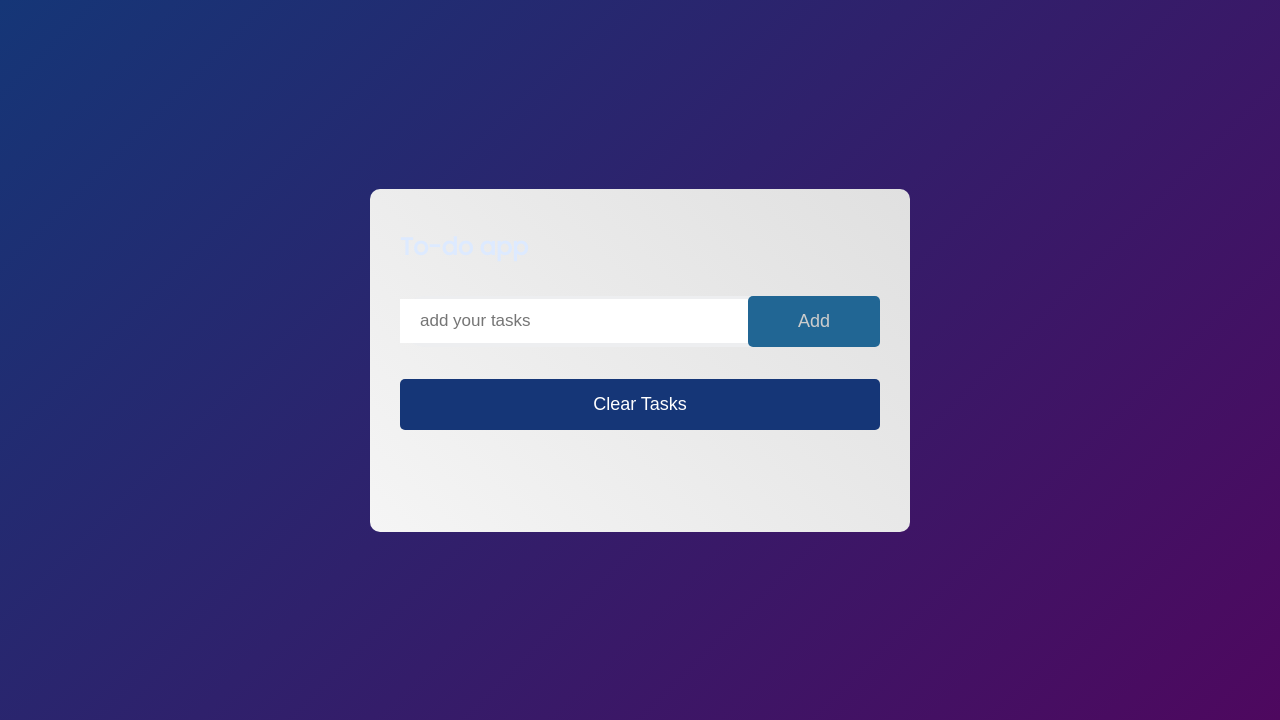
Repository: samoshi/To-do
Page: http://localhost/
The author's editor kept a copy of each file at every save. The page is drawn from the files as they stood at one save, then again after the next save.
The browser window is 1280 px wide. The pictures show the whole page.
The pointer rests on the first visible `button`.
The page is served by the project's application, run on Flask 3 (app/app.py). Queries for data that is not in the repository find no rows.

Above is the page before, as saved 2024-01-14 21:42:11.

### app/templates/index.html
<!DOCTYPE html>
<html lang="en">

<head>
    <meta charset="UTF-8">
    <meta name="viewport" content="width=device-width, initial-scale=1.0">
    <title>To-Do list</title>
    <link rel="stylesheet" href="{{ url_for('static', filename='style.css') }}" />
    <script src="https://code.jquery.com/jquery-3.6.4.min.js"></script>
    <script src="{{ url_for('static', filename='script.js') }}"></script>
</head>

<body>
    <div class="container">
        <div class="todo-app">
            <div class="app-title">
                <h2>To-do app</h2>
                <i class="fa-solid fa-book-bookmark"></i>
            </div>
            <form action="/add_task" method="post">
                <div class="row">
                    <input type="text" name="title" id="input-box" placeholder="add your tasks" required>
                    <button class="add_button">Add</button>
                </div>
            </form>
            <button class="clear_button" onclick="clearTasks()">Clear Tasks</button>
            <ul id="list-container">
                {% for task in task_list %}
                    {% if task.complete == False %}
                            <li class="incomplete" onclick="toggleChecked(this)">
                                <a href="/complete/{{ task.id }}">{{ task.title }}</a>
                            </li>
                    {% else %}
                            <li class="complete" onclick="toggleChecked(this)">
                                <a href="/complete/{{ task.id }}">{{ task.title }}</a>
                            </li>
                        <!-- <a class="remove-task" href="/remove/{{ task.id }}">X</a> -->
                    {% endif %}
                {% endfor %}
            </ul>

        </div>
    </div>
    <script src="{{ url_for('static', filename='script.js') }}"></script>
</body>

</html>

### app/app.py
from flask import Flask, render_template, request, redirect, url_for, jsonify
from flask_sqlalchemy import SQLAlchemy

app = Flask(__name__)

app.config['SQLALCHEMY_DATABASE_URI'] = 'sqlite:///db.sqlite'
app.config['SQLALCHEMY_TRACK_MODIFICATIONS'] = False
db = SQLAlchemy(app)

class Task(db.Model):
    id = db.Column(db.Integer, primary_key=True)
    title = db.Column(db.String(100))
    complete = db.Column(db.Boolean)

# def save_tasks():
#     with open("tasks.json", "w") as file:
#         json.dump(tasks, file)


# # Load tasks from a file
# def load_tasks():
#     try:
#         with open("tasks.json", "r") as file:
#             lines = file.readlines()
#             tasks = []
#             for line in lines:
#                 parts = line.split(":")
#                 if len(parts) == 2:
#                     description, completed_str = parts
#                     completed = eval(completed_str)
#                     tasks.append({"description": description, "completed": completed})
#             return tasks
#     except FileNotFoundError:
#         return []  # Return an empty list if the file doesn't exist
#     except json.decoder.JSONDecodeError:
#         return []  # Return an empty list if there's an issue decoding JSON

# # Initialize tasks
# tasks = load_tasks()

@app.route('/')
def index():
    task_list = Task.query.all()
    return render_template('index.html', task_list=task_list)

@app.route('/add_task', methods=['POST'])
def add_task():
    title = request.form.get("title")
    new_task = Task(title=title, complete=False)
    db.session.add(new_task)
    db.session.commit()
    return redirect(url_for("index"))

@app.route("/update/<int:task_id>")
def update_task(task_id):
    task = Task.query.filter_by(id=task_id).first()
    task.complete = not task.complete
    db.session.commit()
    return redirect(url_for("index"))

@app.route('/complete/<int:task_id>')
def complete_task(task_id):
    task = Task.query.filter_by(id=task_id).first()
    if task:
        task.complete = not task.complete
        db.session.commit()
    return redirect(url_for('index'))

@app.route('/remove/<int:task_id>')
def remove_task(task_id):
    print("Remove task ()")
    task = Task.query.filter_by(id=task_id).first()
    print("Getting task", task_id)
    db.session.delete(task)
    print("deleted task")
    db.session.commit()
    return redirect(url_for('index'))

@app.route('/clear_tasks')
def clear_tasks():
    db.session.query(Task).delete()
    db.session.commit()
    return redirect(url_for('index'))


if __name__ == '__main__':
    db.create_all()
    app.run(host='0.0.0.0', port=5000, debug=True)

### app/static/style.css
@import url('https://fonts.googleapis.com/css2?family=Poppins&display=swap');


*, *:before, *:after{
    margin: 0;
    padding: 0;
    box-sizing: border-box;
}
body{
    font-family: 'Poppins', sans-serif;
}
.container{
    width: 100%;
    min-height: 100vh;
    background: linear-gradient(135deg, #153677, #4e085f);
    padding: 10px;
    display: flex;
    justify-content: center;
    align-items: center;
}
.todo-app{
    width: 100%;
    max-width: 540px;
    background: linear-gradient(45deg, #f5f5f5, #e0e0e0);
    padding: 40px 30px 70px;
    border-radius: 10px;
    display: flex;
    flex-direction: column;
    align-items: left;
    gap: 2rem;
}
.app-title{
    display: flex;
    gap: 1rem;
    align-items: center;
}
.app-title h2, .app-title i{
    color: #ddeaff;
}
.app-title i{
    font-size: 26px;
}

.row{
    display: flex;
    align-items: center;
    justify-content: space-between;
    background-color: #edeef0;
    border-radius: 30px;
}
input{
    width: 100%;
    border: none;
    outline: none;
    background-color: 153677;
    color: #ffffff;
    padding: 12px;
    font-size: 17px;
    padding-left: 20px;
}

input:hover, button:hover {
    cursor: pointer;
    filter: brightness(.8);
    background-color: #0e2a4b; /* Darker blue for input and button on hover */
 }

button.clear_button, button.add_button{
    border: none;
    cursor: pointer;
    outline: none;
    padding: 15px 50px;
    border-radius: 5px;
    background-color: #153677;
    color: #ffffff;
    font-size: 18px;
    transition: all .25s ease;
}
button:hover{

    background-color: #2980b9;
}

@media screen and (max-width: 400px) {
    button {
        padding: 15px;
        border-radius: 0 30px 30px 0;
    }
}

a,
a.remove-task {
    text-decoration: none;
    align-items: center;
    color: #333;
    cursor: pointer;
}

li {
    font-size: 17px;
    margin-top: 5px;
    position: relative;
    transition: background-color 0.2s ease;
    border-radius: 10px;
    list-style-type: none;
    outline: 2px solid #7289da;
}

li a {
    display: block;
    font-size: 17px;
    padding: 12px 8px 12px 50px;
    text-decoration: none;
    color: #ffffff;
    transition: color 0.2s ease;
}

li.incomplete {
    background-color: #2c2f33; /* Red background for incomplete */
}

li.complete {
    background-color: #23272a; /* Green background for complete */
}

li a:hover {
    /* Optional: Add styles for hover effect */
    background-color: #27ae60; /* Slightly darker green hover effect */
    color: #fff; /* White text on hover for better contrast */
}

li.incomplete a:hover {
    /* Optional: Add styles for hover effect */
    background-color: #7289da; /* Lighter green hover effect for complete */
    color: #fff; /* Black text on hover for better contrast */
}

li.complete a:hover {
    /* Optional: Add styles for hover effect */
    background-color: #30363d; /* Lighter green hover effect for complete */
    color: #fff; /* Black text on hover for better contrast */
}

ul li::before {
    position: absolute;
    content: '';
    width: 24px;
    height: 24px;
    font-size: 18px;
    border-radius: 50%;
    left: 0;
    top: 50%;
    transform: translateY(-50%);
    line-height: 24px;
    text-align: center;
    transition: background-color 0.2s ease;
    pointer-events: none;
}

ul li.incomplete::before {
    content: 'X';
    color: #ff5945;
}

ul li.complete::before {
    content: '\2713';
    color: #07700e;
}


button.remove {
    position: absolute;
    right: 0;
    transform: translateY(-50%);
    width: 30px;
    height: 30px;
    border-radius: 50%;
    color: #555;
    font-size: 18px;
    transition: all .2s ease;
}
button.remove:hover{
    background-color: #c9c9c9;
    color: #fff;
}

### app/static/script.js
// // ...

// document.addEventListener("DOMContentLoaded", function () {
//     const inputBox = document.getElementById("input-box");
//     const button = document.querySelector("button");
//     const list = document.getElementById("list-container");

//     list.addEventListener("click", (e) => {
//         if (e.target.tagName === "LI") {
//             e.target.classList.toggle("checked");
//             saveData();
//         } else if (e.target.tagName === "SPAN") {
//             e.target.parentElement.remove();
//             saveData();
//         }
//     });

//     button.addEventListener("click", function () {
//         if (inputBox.value.trim() !== '') {
//             addTask(inputBox.value);
//         } else {
//             alert("Please enter a non-empty task.");
//         }
//     });

//     function addTask(description) {
//         // Make an AJAX request to the Flask server's /add_task route
//         fetch("/add_task", {
//             method: "POST",
//             headers: {
//                 "Content-Type": "application/json",
//             },
//             body: JSON.stringify({ description: description }),
//         })
//             .then(response => response.json())
//             .then(data => console.log(data))
//             .catch(error => console.error("Error:", error));
//     }

//     function showTask() {
//         // Fetch tasks from the Flask server's /tasks route
//         fetch("/tasks")
//             .then(response => response.json())
//             .then(tasks => {
//                 list.innerHTML = ""; // Clear the visible list
//                 tasks.forEach(task => {
//                     let li = document.createElement("li");
//                     li.innerHTML = task.description;
//                     if (task.completed) {
//                         li.classList.add("checked");
//                     }
//                     list.appendChild(li);
//                     let span = document.createElement("span");
//                     span.innerHTML = "x";
//                     li.appendChild(span);
//                 });
//             })
//             .catch(error => console.error("Error:", error));
//     }

//     window.addEventListener("load", showTask);

//     // Clear Tasks function
//     window.clearTasks = function () {
//         localStorage.removeItem("data");
//         list.innerHTML = ""; // Clear the tasks from the visible list
//     };
// });

After the next save:
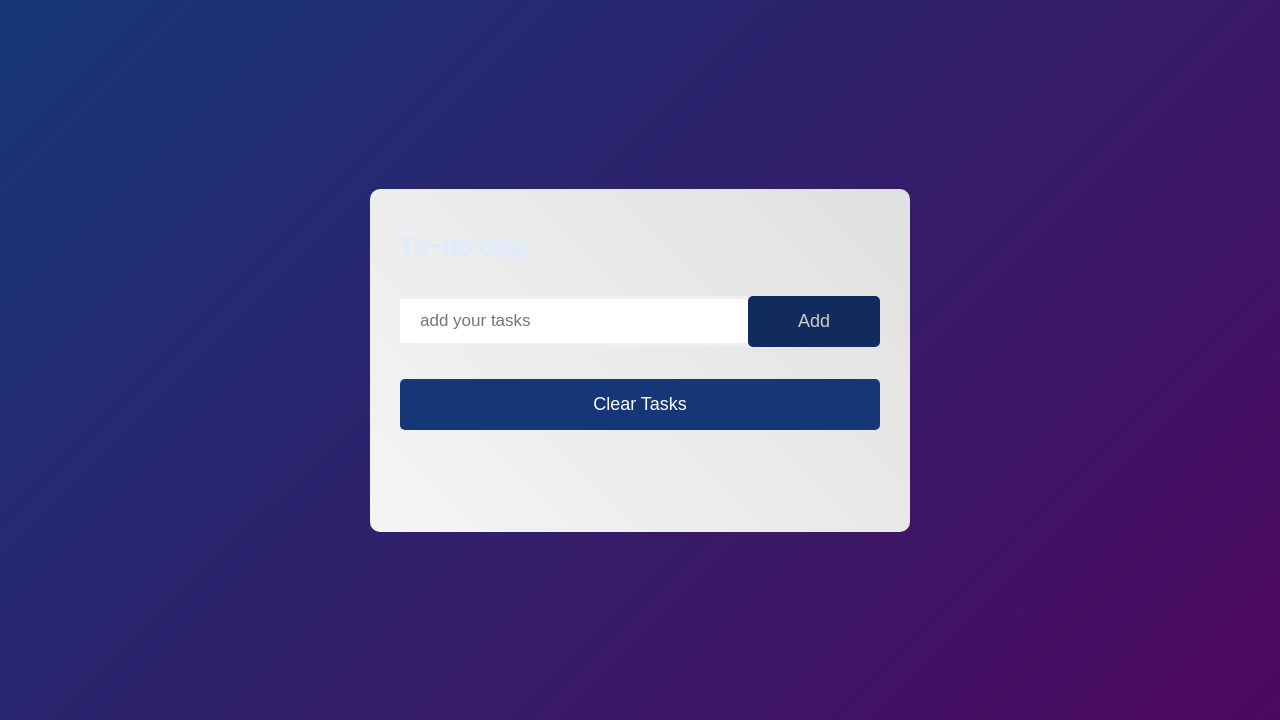
Saved 4 s later.
--- a/app/static/style.css
+++ b/app/static/style.css
@@ -75,10 +75,6 @@ button.clear_button, button.add_button{
     color: #ffffff;
     font-size: 18px;
     transition: all .25s ease;
-}
-button:hover{
-
-    background-color: #2980b9;
 }
 
 @media screen and (max-width: 400px) {
